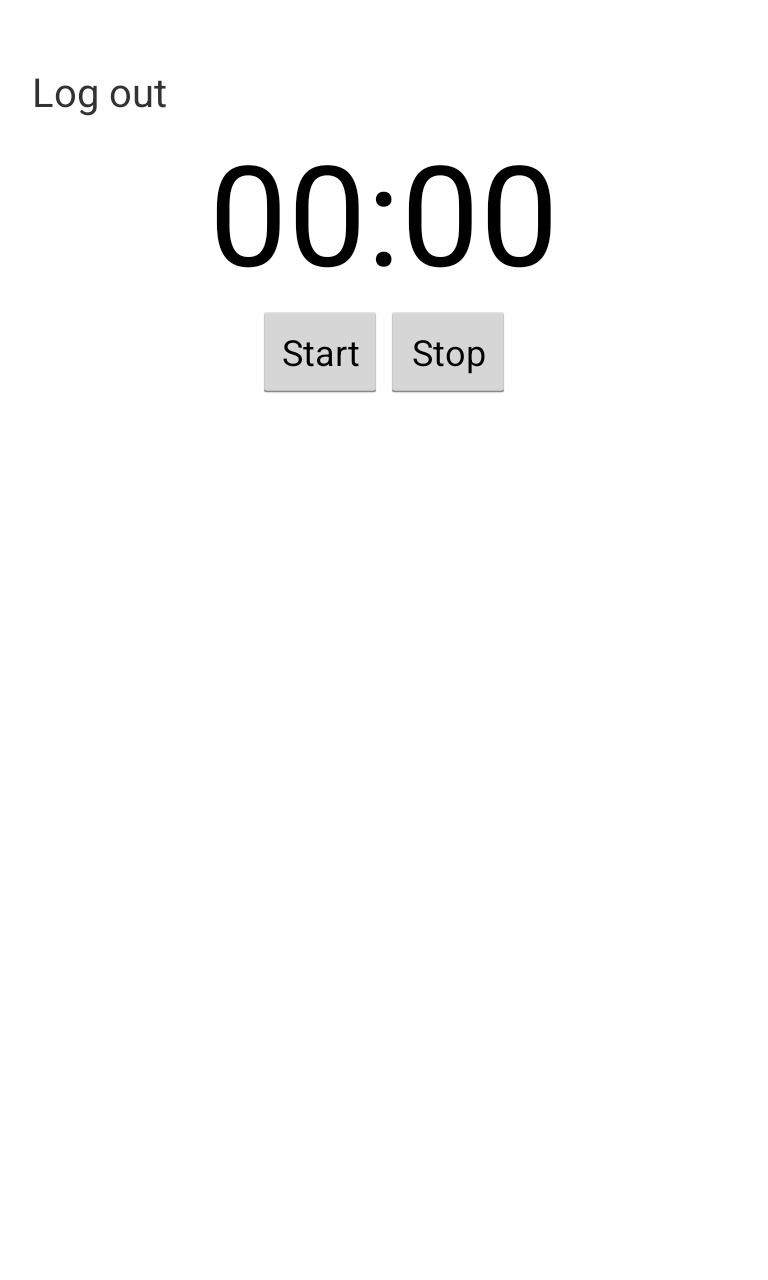
Repository: albertowusuasare/CustomStopWatch
Layout: CustomStopWatch/res/layout/activity_timer.xml
An editor plug-in stored every save of this project. The layout is shown before and after the next save, followed by the edit.
It is drawn on a 768 x 1280 px phone screen (xhdpi) without system bars, with theme AppTheme; the app's code is not run.

Above is the layout before, as saved 2014-09-25 04:50:35.

After the next save:
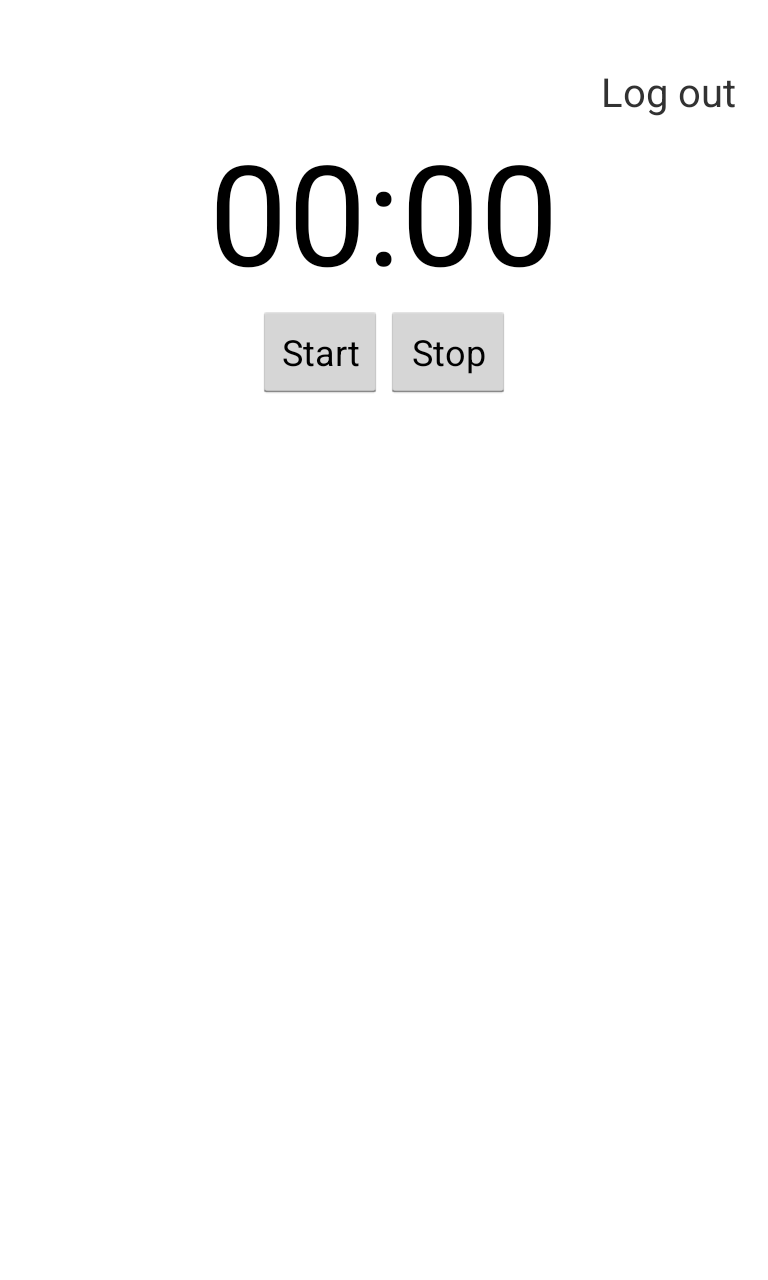
Saved 36 s later.
--- a/CustomStopWatch/res/layout/activity_timer.xml
+++ b/CustomStopWatch/res/layout/activity_timer.xml
@@ -13,7 +13,7 @@
     <RelativeLayout
         android:layout_width="match_parent"
         android:layout_height="wrap_content"
-        android:gravity="top"
+        android:gravity="end"
          android:paddingTop="@dimen/activity_vertical_margin"
         >
         <TextView
